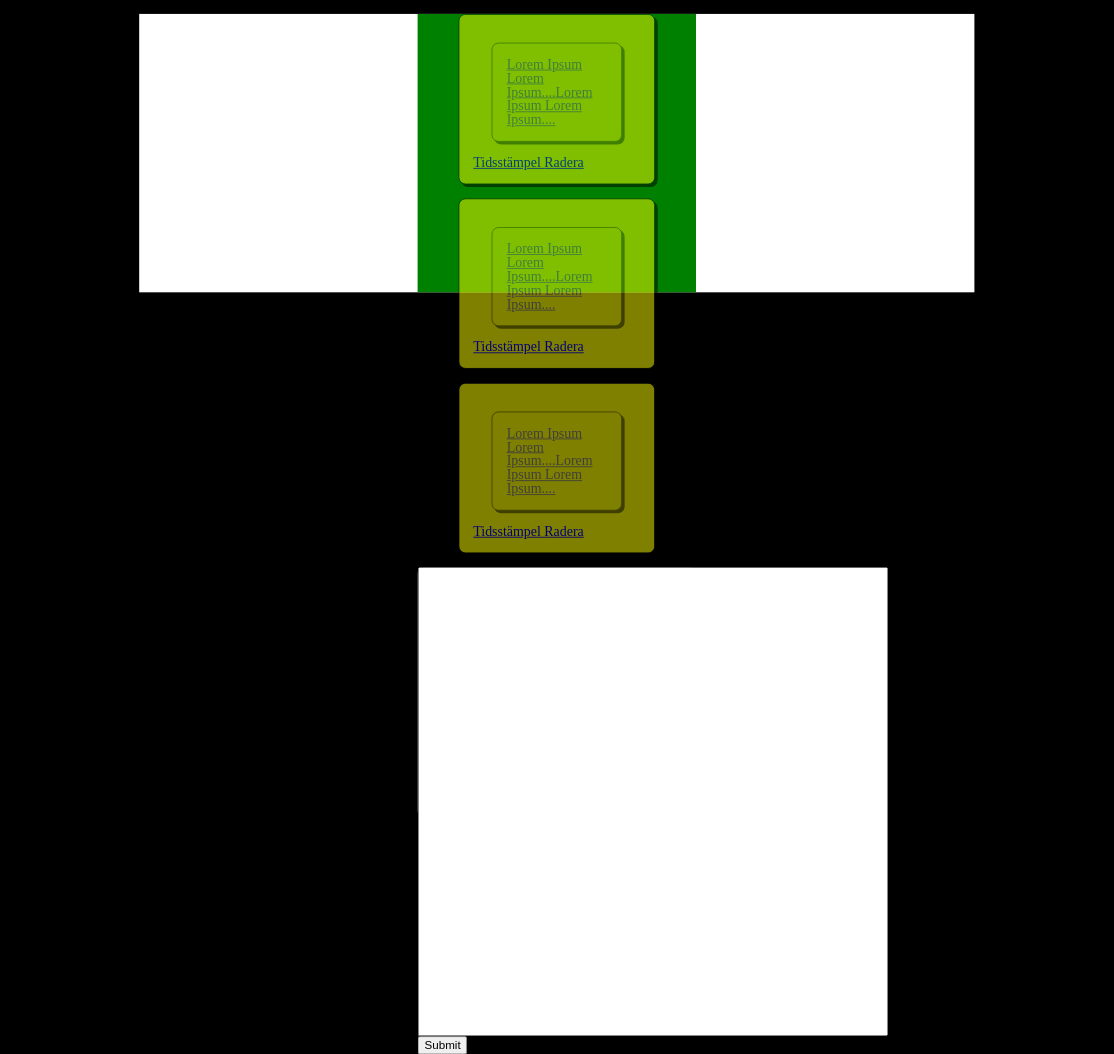
Repository: AndreasAnemyrLNU/1dv403-laborationer-AA223IG
Page: 2-labbymezzage/index.html
The author's editor kept a record of every edit. The page is drawn from the files as they stood at one moment, then again after the next edit.
The browser window is 1280 px wide. The pictures show the whole page, at 87% of full size.

Above is the page before.

After the next edit:
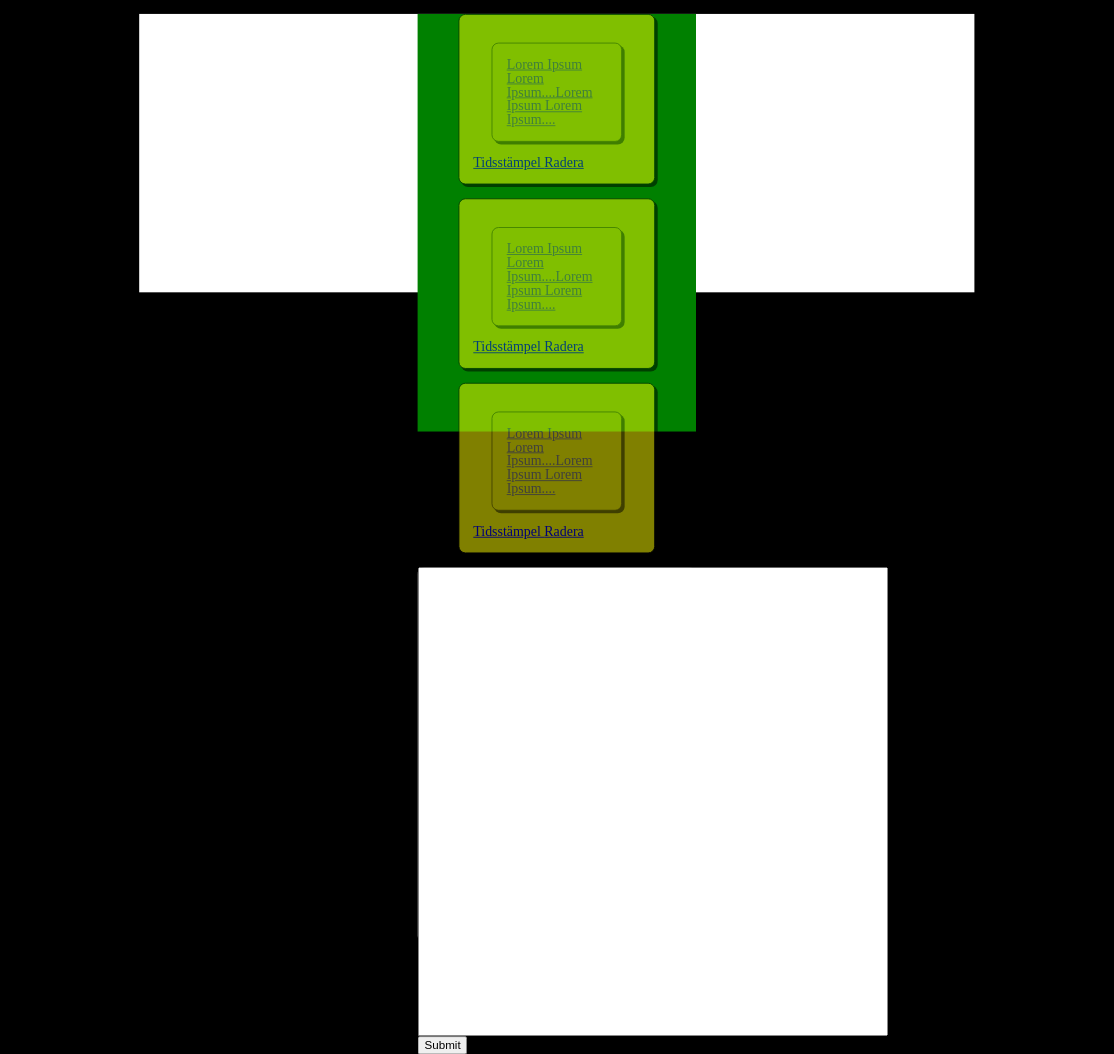
The edit:
--- a/2-labbymezzage/css/main.css
+++ b/2-labbymezzage/css/main.css
@@ -60,7 +60,7 @@
 
 #mainMessageArea {
     background-color: green;
-    height: 20em;
+    height: 30em;
     margin: auto;
     width: 20em;
 }
